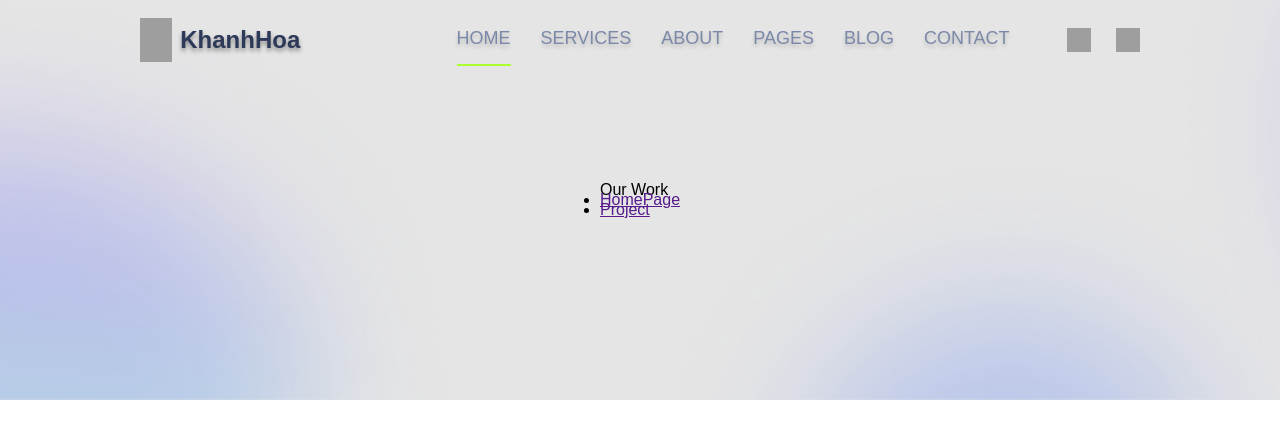
Repository: 0584386177/Clone
Page: src/pr.html
These files come from the project's save history. The page is drawn as it stood at one moment and after the next save; the edit follows.
The browser window is 1280 px wide. The pictures show the whole page.
Pictures or frames that could not be fetched are drawn as grey boxes. The style sheet was rebuilt from its Sass, Less or Tailwind sources for each picture, by a compiler version that may differ from the author's.

Above is the page before, as saved 2023-09-27 15:38:30.

After the next save:
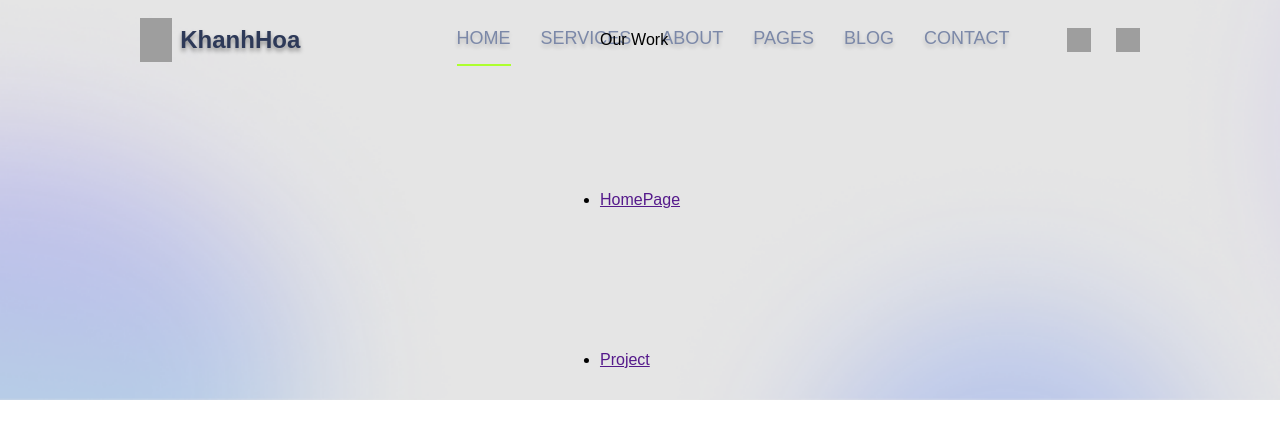
Saved 5 s later.
--- a/src/sass/header.scss
+++ b/src/sass/header.scss
@@ -86,5 +86,5 @@ $secondary--color: #7B88A8;
   top: 50%;
   left: 50%;
   transform: translate(-50%,-50%);
-  line-height: 10px;
+  line-height: 10rem;
 }
